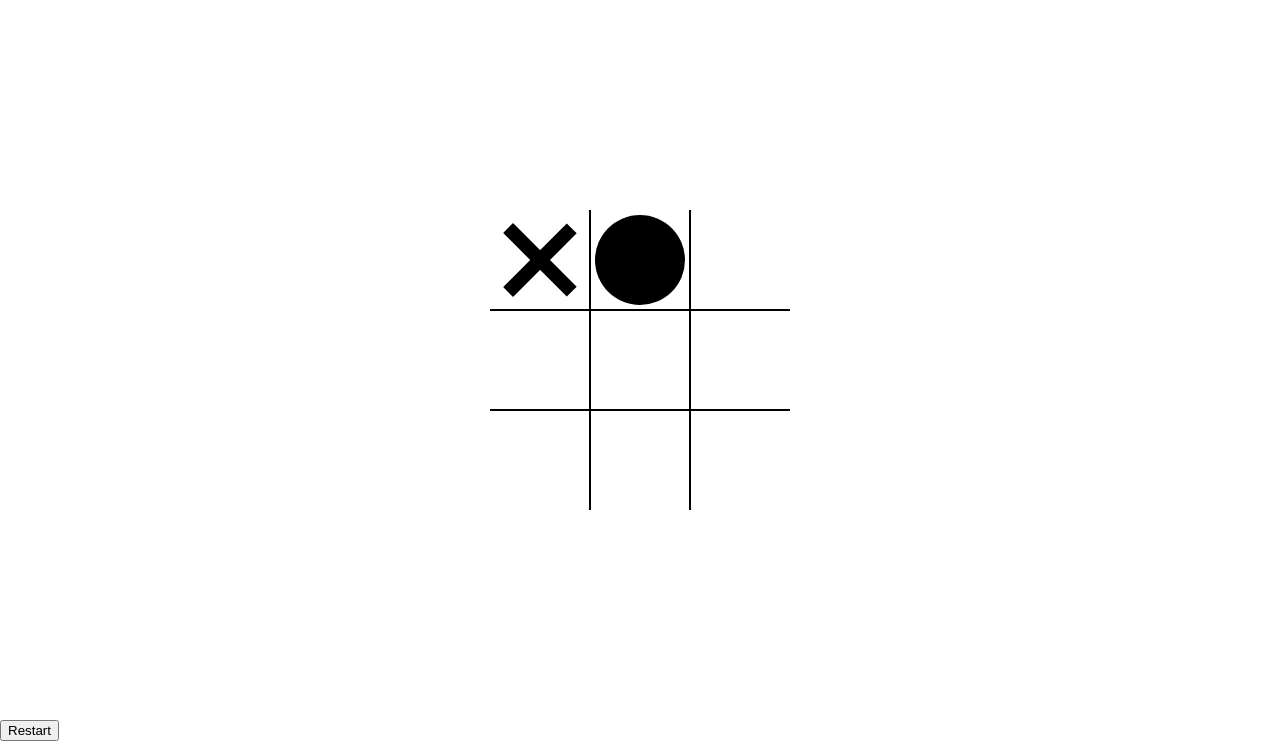
Repository: kate30980/pratice-tictactoe
Page: index.html
The author's editor kept a copy of each file at every save. The page is drawn from the files as they stood at one save, then again after the next save.
The browser window is 1280 px wide. The pictures show the whole page.

Above is the page before, as saved 2021-08-05 22:10:37.
Not found: script.js

After the next save:
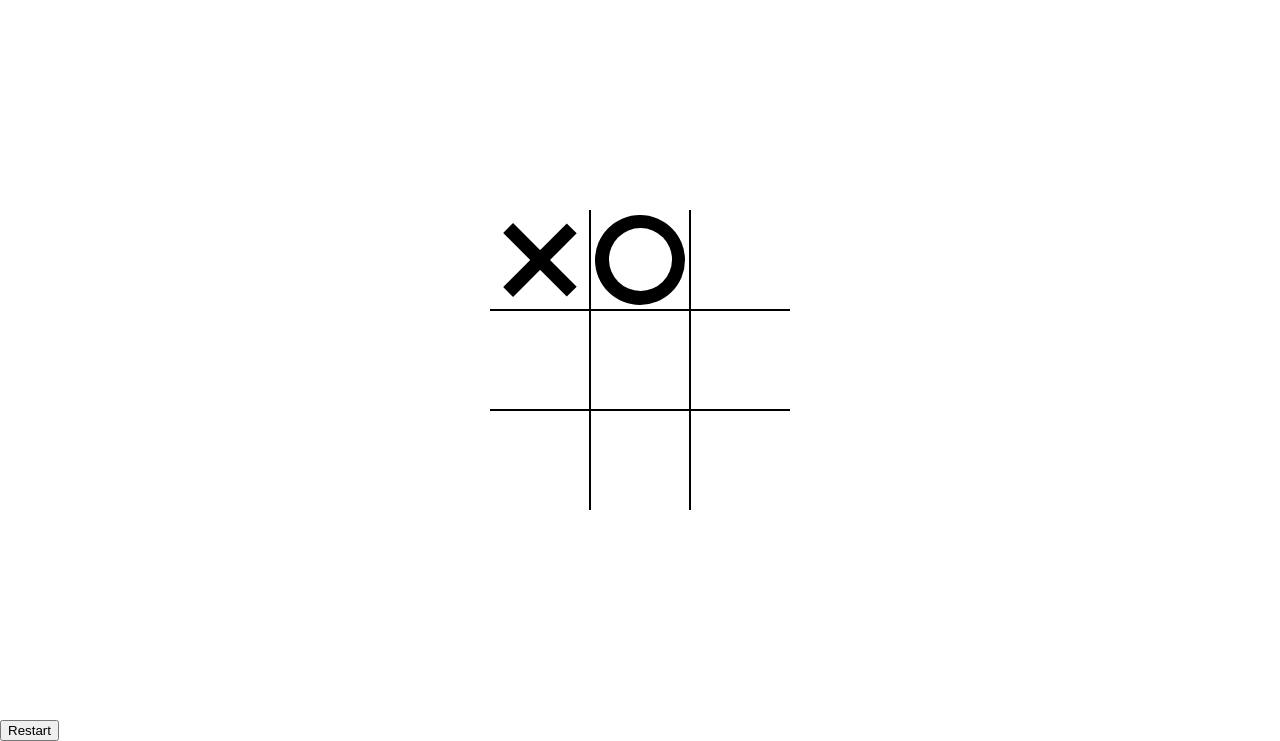
Saved 9 s later.
--- a/styles.css
+++ b/styles.css
@@ -77,4 +77,5 @@ body {
 .cell.circle::after {
   width: calc(var(--mark-size) * 0.7);
   height: calc(var(--mark-size) * 0.7);
+  background-color: white;
 }
